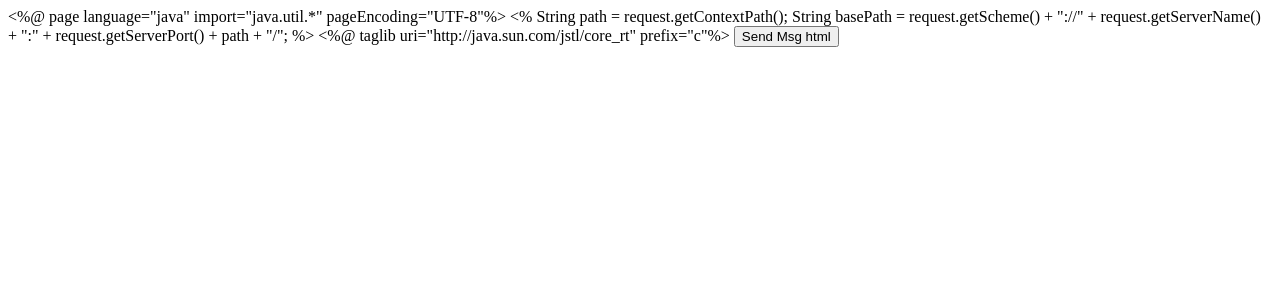
Repository: yuqiyich/chat_server
Page: src/main/resources/templates/main.html
An editor plug-in stored every save of this project. The page is shown before and after the next save, followed by the edit.
The browser window is 1280 px wide. The pictures show the whole page.

Above is the page before, as saved 2020-02-20 21:06:01.
Not found: src/main/resources/templates/${ctx}/resources/js/jquery-1.11.1.min.js

After the next save:
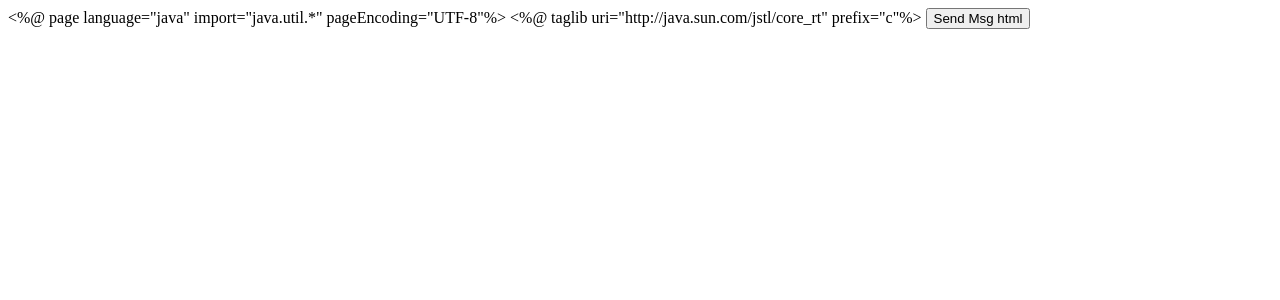
Saved 71 s later.
--- a/src/main/resources/templates/main.html
+++ b/src/main/resources/templates/main.html
@@ -1,10 +1,4 @@
 <%@ page language="java" import="java.util.*" pageEncoding="UTF-8"%>
-<%
-	String path = request.getContextPath();
-	String basePath = request.getScheme() + "://"
-			+ request.getServerName() + ":" + request.getServerPort()
-			+ path + "/";
-%>
 <%@ taglib uri="http://java.sun.com/jstl/core_rt" prefix="c"%>
 <c:set var="ctx" value="${pageContext.request.contextPath}" />
 <!DOCTYPE HTML PUBLIC "-//W3C//DTD HTML 4.01 Transitional//EN">
